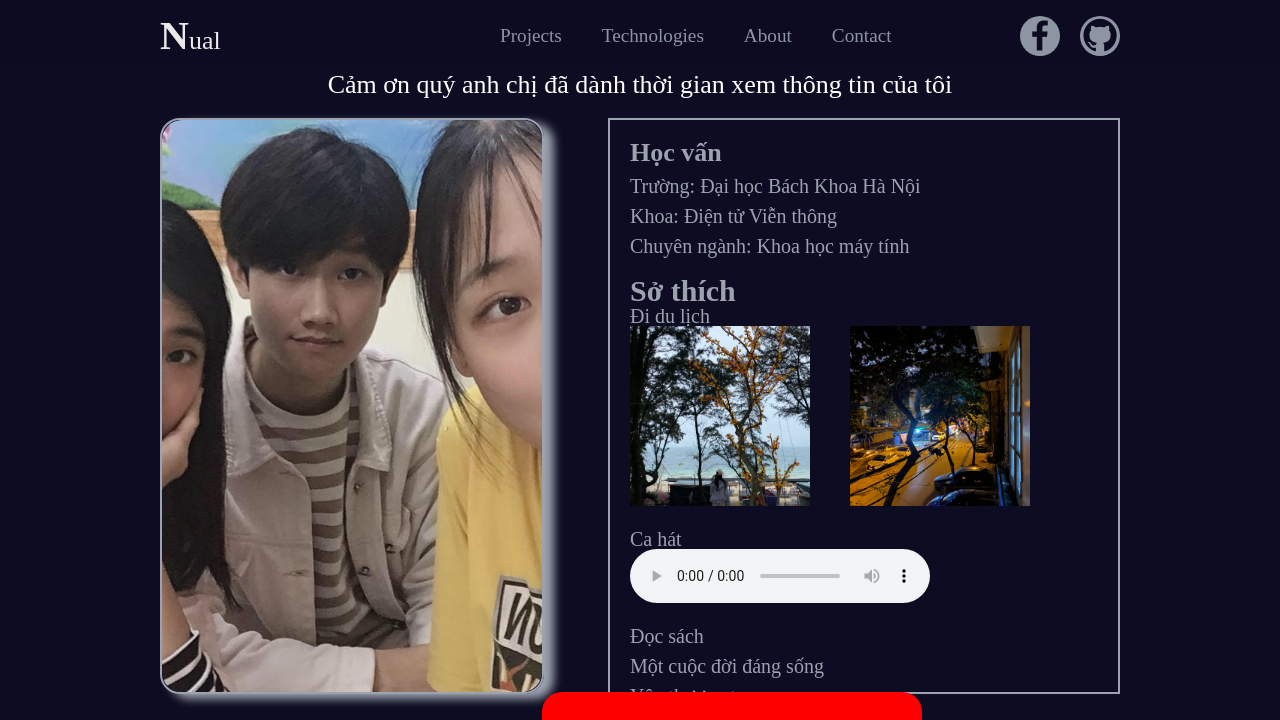
Repository: luanhoang0902/profile-react
Page: /
An editor plug-in stored every save of this project. The page is shown before and after the next save, followed by the edit.
The browser window is 1280 px wide. The pictures show the whole page.
The project was rebuilt for these pictures with package versions that can differ from the ones it lists, and the page was loaded fresh each time. Also part of the build but not shown: src/css/Projects.css, src/features/Projects.jsx, src/css/Technologies.css, src/features/Technologies.jsx, src/css/About.css, src/features/About.jsx, src/css/Contact.css, src/features/Contact.jsx.

Above is the page before, as saved 2022-05-22 20:44:38.

After the next save:
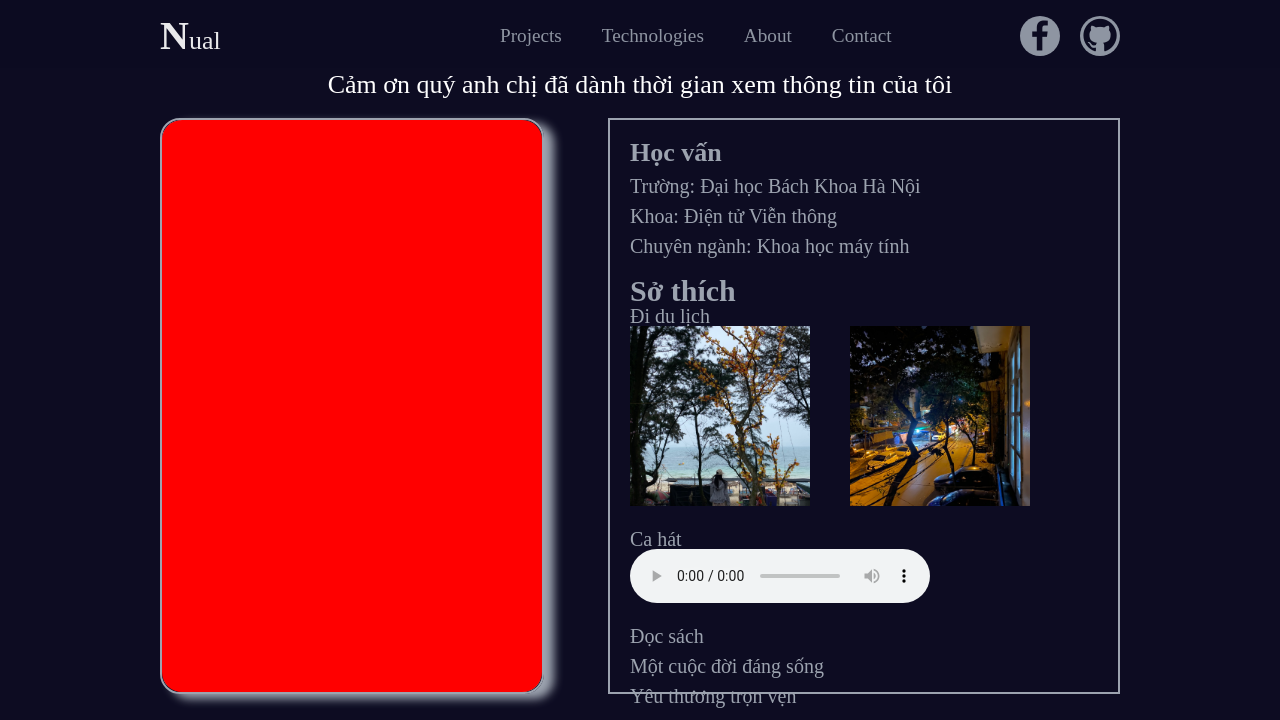
Saved 12 s later.
--- a/src/css/Home.css
+++ b/src/css/Home.css
@@ -48,9 +48,6 @@
     border-radius: 20px;
 }
 .home-image__infomation{
-    position: absolute;
-    top: 100%;
-    left: 100%;
     background-color: red;
     /* transform: rotateY(180deg); */
 }

After the save that followed:
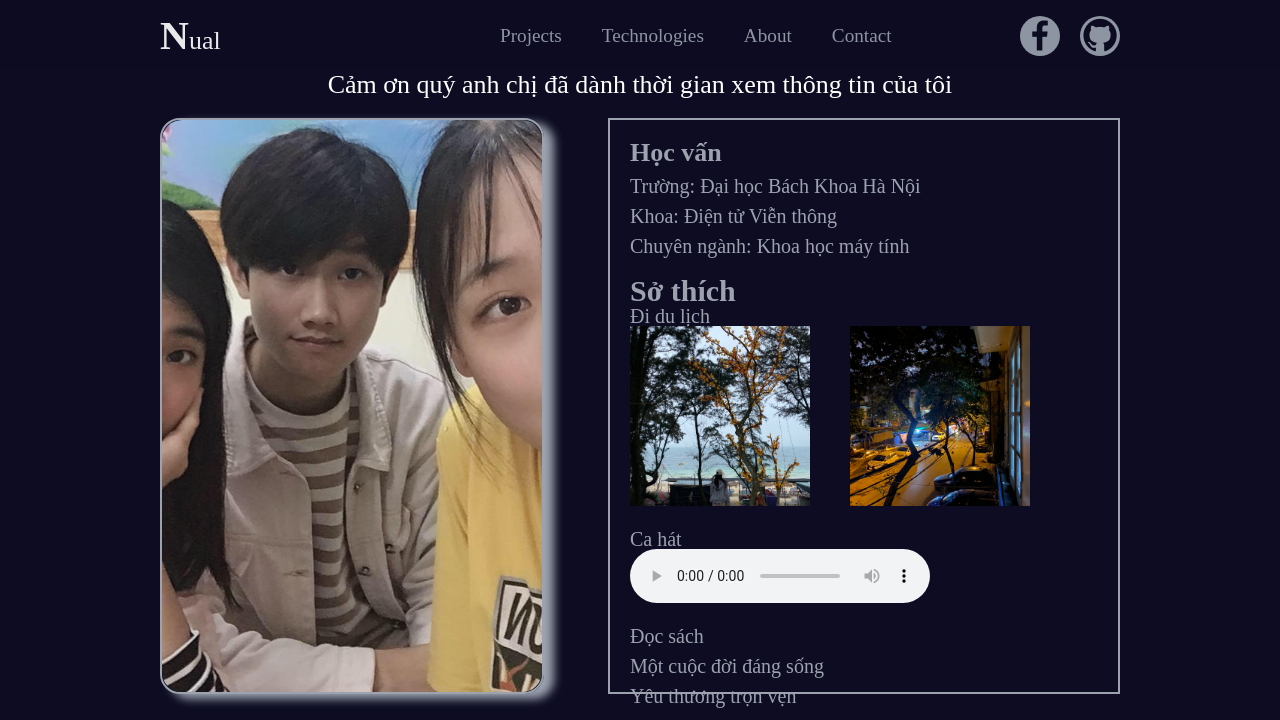
Saved 5 s later.
--- a/src/css/Home.css
+++ b/src/css/Home.css
@@ -49,7 +49,7 @@
 }
 .home-image__infomation{
     background-color: red;
-    /* transform: rotateY(180deg); */
+    transform: rotateY(180deg);
 }
 .home-content__avatar:hover .home-image{
     transform: rotateY(180deg);
